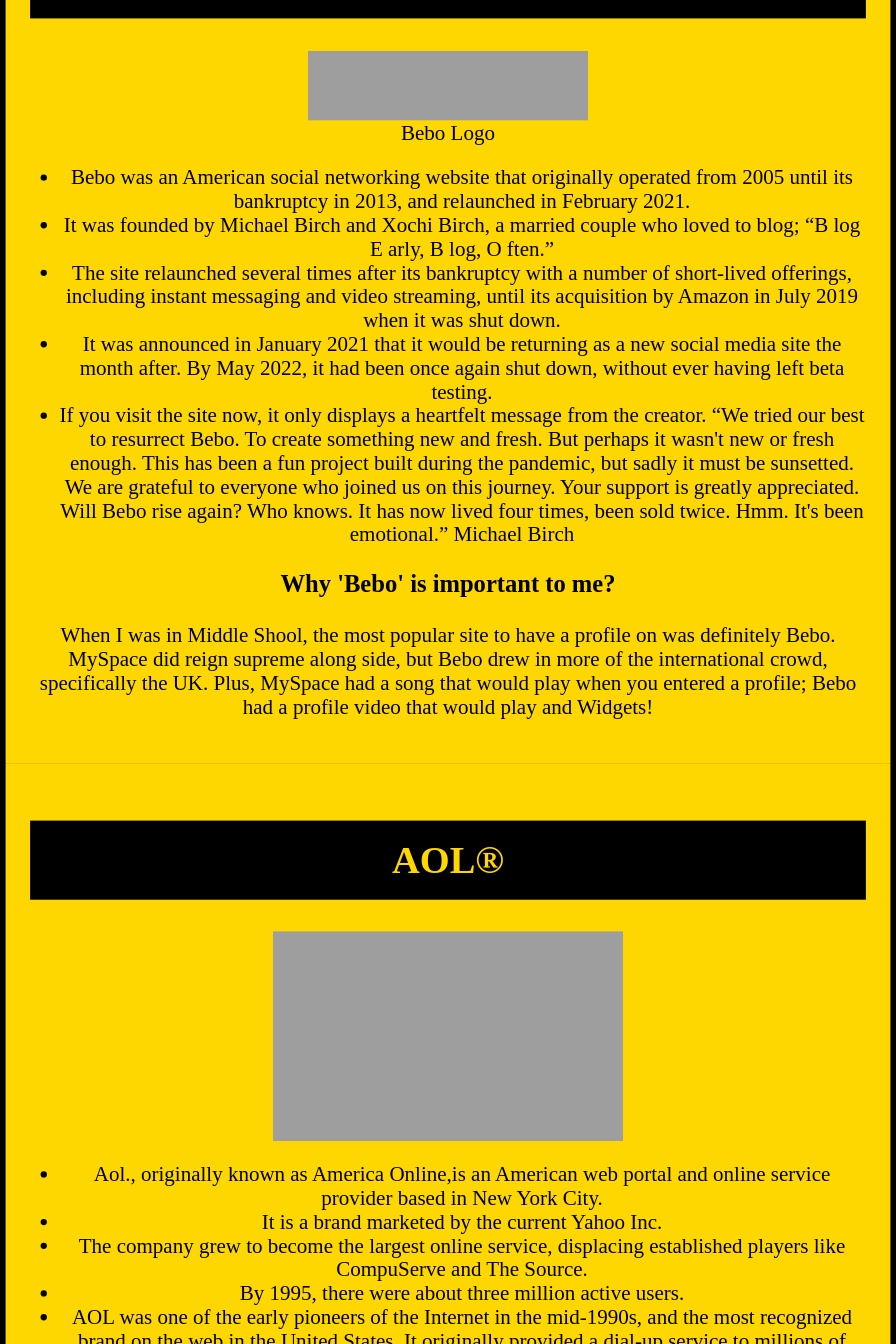
Repository: AndrewGrantt/LC101
Page: LC101/js-assignment-4-html-me-something-buffylow/index.html
An editor plug-in stored every save of this project. The page is shown before and after the next save, followed by the edit.
The browser window is 1280 px wide. The pictures show the part of the page from y = 1196 to 3116 px (the page is 3439 px tall), at 70% of full size.
Pictures or frames that could not be fetched are drawn as grey boxes.

Above is the page before, as saved 2022-07-15 08:38:04.

### LC101/js-assignment-4-html-me-something-buffylow/index.html
<html>
<head>
<title>SOCIAL NETWORKS FOR THE AGES</title>
<link rel="stylesheet" href="styles.css">
</head>
<body>

<article class="all-sites">
   <h1 id="mainHeader">Social Media When I Was A Youngin'</h1>
  <article class="sites">

    <h2 id="headcolor">MySpace&reg;</h2>
    <img src="./Images/MySpace_logo.JPG" alt="MySpace Logo 2004-2010" width="400" height="100">
    <p>
     <ul>
      <li>Launched on August 1, 2003, the site was the first social network to reach a global audience, and had a significant influence on technology, pop culture and music.</li>

      <li>From 2005 to 2009, Myspace was the largest social networking site in the world</li>

      <li>Playing a critical role in the early growth of companies, like YouTube, and creating a developer platform that launched the successes of Zynga, PhotoBucket, and Rock You, MySpace will be a lasting memory of the early Internet days. </li>

      <li> Once the biggest social media site and acquired for $580 million, MySpace fell off the top because of poor management and good competitors. </li>
     </ul>
   </p>

  </article>

  <article class="sites">
    <h2 id="headcolor">Bebo&reg;</h2>
    <figure>
      <img src="./Images/bebo.JPG" alt="Bebo Logo" width="400" height="100">
      <figcaption>Bebo Logo</a></figcaption>
   </figure>
    <p>
    <ul>
      <li>Bebo was an American social networking website that originally operated from 2005 until its bankruptcy in 2013, and relaunched in February 2021.</li>
          <li>It was founded by Michael Birch and Xochi Birch, a married couple who loved to blog;
          “B log E arly, B log, O ften.” </li>
      <li>The site relaunched several times after its bankruptcy with a number of short-lived offerings, including instant messaging and video streaming, until its acquisition by Amazon in July 2019 when it was shut down. </li>
      <li>It was announced in January 2021 that it would be returning as a new social media site the month after. By May 2022, it had been once again shut down, without ever having left beta testing. </li>
     <li> If you visit the site now, it only displays a heartfelt message from the creator.


      “We tried our best to resurrect Bebo.
      To create something new and fresh.
      But perhaps it wasn't new or fresh enough.
      This has been a fun project built during the pandemic, but sadly it must be sunsetted. We are grateful to everyone who joined us on this journey. Your support is greatly appreciated.
      Will Bebo rise again?
      Who knows. It has now lived four times, been sold twice. Hmm.
      It's been emotional.”

      Michael Birch</li>
   </ul>
   </p>
      <h3> Why 'Bebo' is important to me?</h3>
      <p class=" "funParagraph>
         When I was in Middle Shool, the most popular site to have a profile on was definitely Bebo. MySpace did reign supreme along side, but Bebo drew in more of the international crowd, specifically the UK.  Plus, MySpace had a song that would play when you entered a profile; Bebo had a profile video that would play and Widgets!
      </p>
  </article>
  <article class="sites">
    <h2 id="headcolor">AOL&reg;</h2>
    <img src="./Images/AOL.JPG" alt="AOL Logo" width="500" height="300">
    <p>
      <ul>
      <li>Aol., originally known as America Online,is an American web portal and online service provider based in New York City.</li>
      <li>It is a brand marketed by the current Yahoo Inc.</li>
      <li>The company grew to become the largest online service, displacing established players like CompuServe and The Source. </li>
      <li>By 1995, there were about three million active users.</li>
      <li>AOL was one of the early pioneers of the Internet in the mid-1990s, and the most recognized brand on the web in the United States. It originally provided a dial-up service to millions of Americans, pioneered instant messaging, and in 1993 began adding internet access.</li>
       <li>The popularity rapidly shrank thereafter, partly due to the decline of dial-up and rise of broadband.</li>
      <li>Eventually, the company was spun off from Time Warner in 2009.</li>
      <li>June 23, 2015,Verizon Communications bought AOL was acquired for $4.4 billion.</li>
      <li>On May 3, 2021, Verizon announced it would sell Yahoo and AOL to private equity firm Apollo Global Management for $5 billion.</li>
      </ul>
      </p>
  </article>
</article>
<footer id="foot" >
   I CAN'T FORGET ABOUT THE SITES THAT MADE US

  --- &copy; Andrew 'BuffyLow' Grant---
</footer>
</body>
</html>

### LC101/js-assignment-4-html-me-something-buffylow/styles.css

body {
    background-color: black;
  }

  h1 {
    color: rgb(43, 49, 226);
    margin-left: 20px;
    font-size: 75px;
  }

    .sites {
    color: black;
    text-align: center;
    padding: 35px;
    background-color: gold;
    font-size: 30px;
  }

  #mainHeader {
    background-color: red;
    color: black;
    padding: 40px;
    text-align: center;}

    #testP{
        color:black;
        text-align:center;
    }
    .funParagraph{
        color:green
    }
    #headcolor{
        color:gold;
        padding: 25px;
        background-color: black;
        font-size: 55px;

    }
    #foot{
      color:black;
      text-align:center;
  }
  body {

    position: relative;
    min-height: 100%;
    min-height: 100vh;
    margin:8px
  }
  footer {
    position: absolute;
    right: 0;bottom:0;left:0;
  }

After the next save:
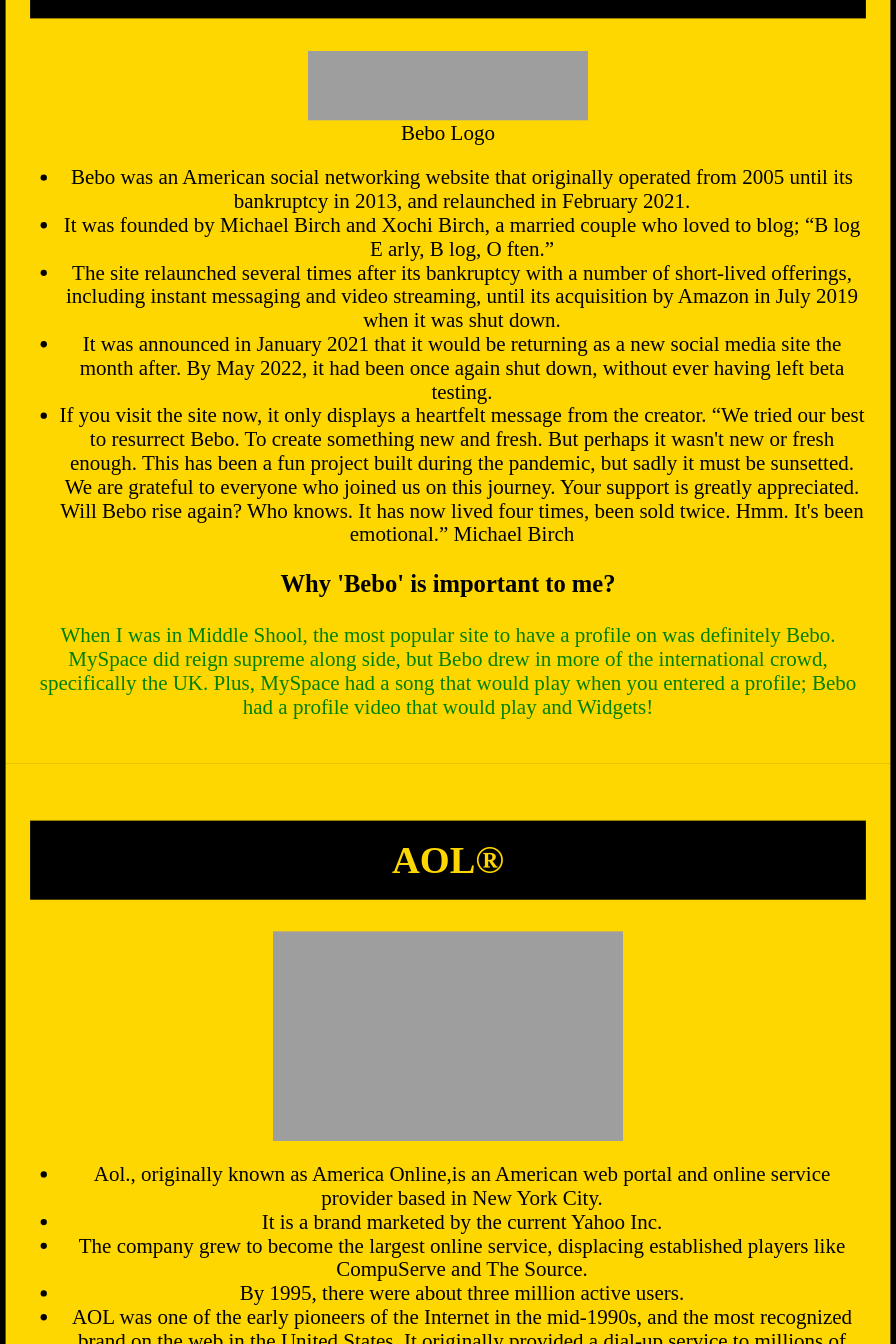
Saved 56 s later.
--- a/LC101/js-assignment-4-html-me-something-buffylow/index.html
+++ b/LC101/js-assignment-4-html-me-something-buffylow/index.html
@@ -53,7 +53,7 @@
    </ul>
    </p>
       <h3> Why 'Bebo' is important to me?</h3>
-      <p class=" "funParagraph>
+      <p class="funParagraph">
          When I was in Middle Shool, the most popular site to have a profile on was definitely Bebo. MySpace did reign supreme along side, but Bebo drew in more of the international crowd, specifically the UK.  Plus, MySpace had a song that would play when you entered a profile; Bebo had a profile video that would play and Widgets!
       </p>
   </article>
